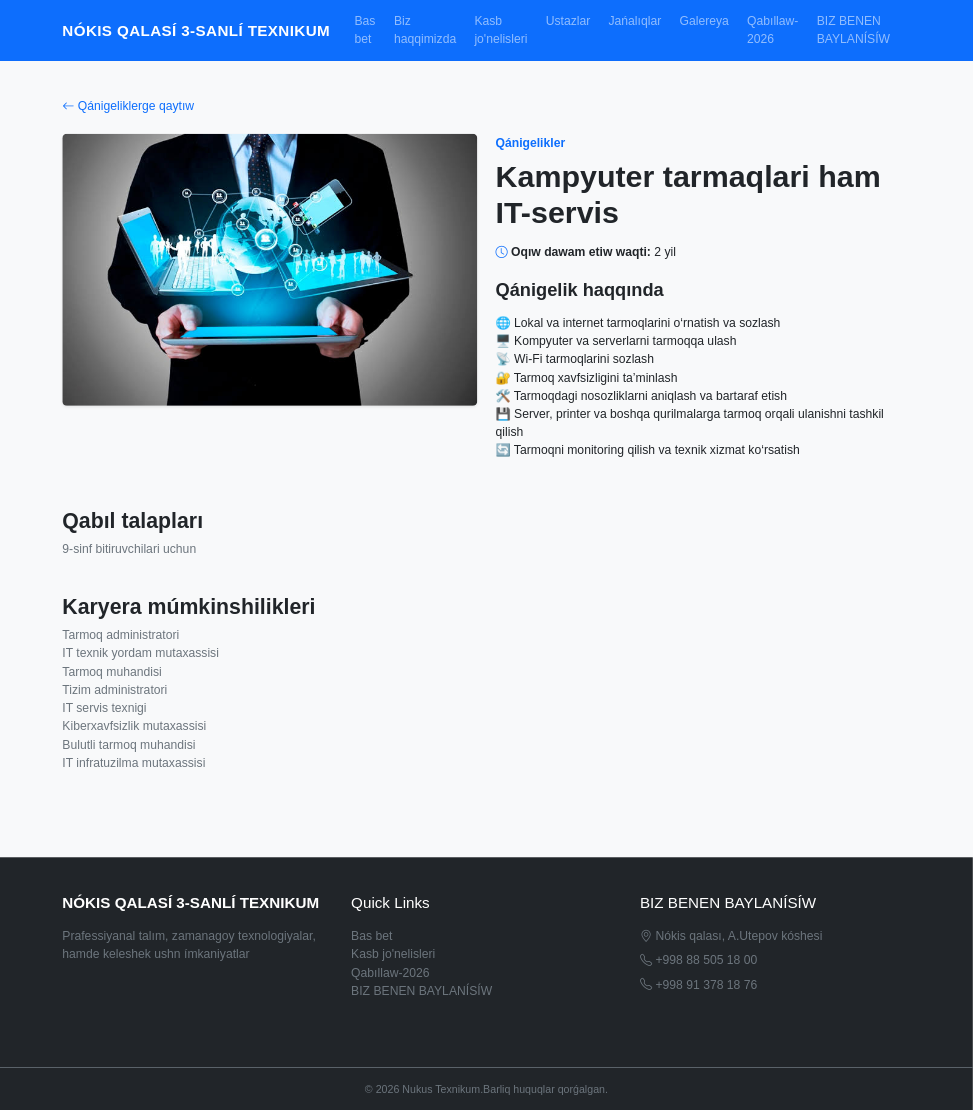
Repository: Neptunescorp/nukus_technicum
Page: http://localhost/specialties/1/
An editor plug-in stored every save of this project. The page is shown before and after the next save, followed by the edit.
The browser window is 1280 px wide. The pictures show the whole page, at 76% of full size.
The page is served by the project's application, run on Django 5.2 (manage.py). The page reads the database file committed with the project.

Above is the page before, as saved 2026-08-19 12:24:54.

After the next save:
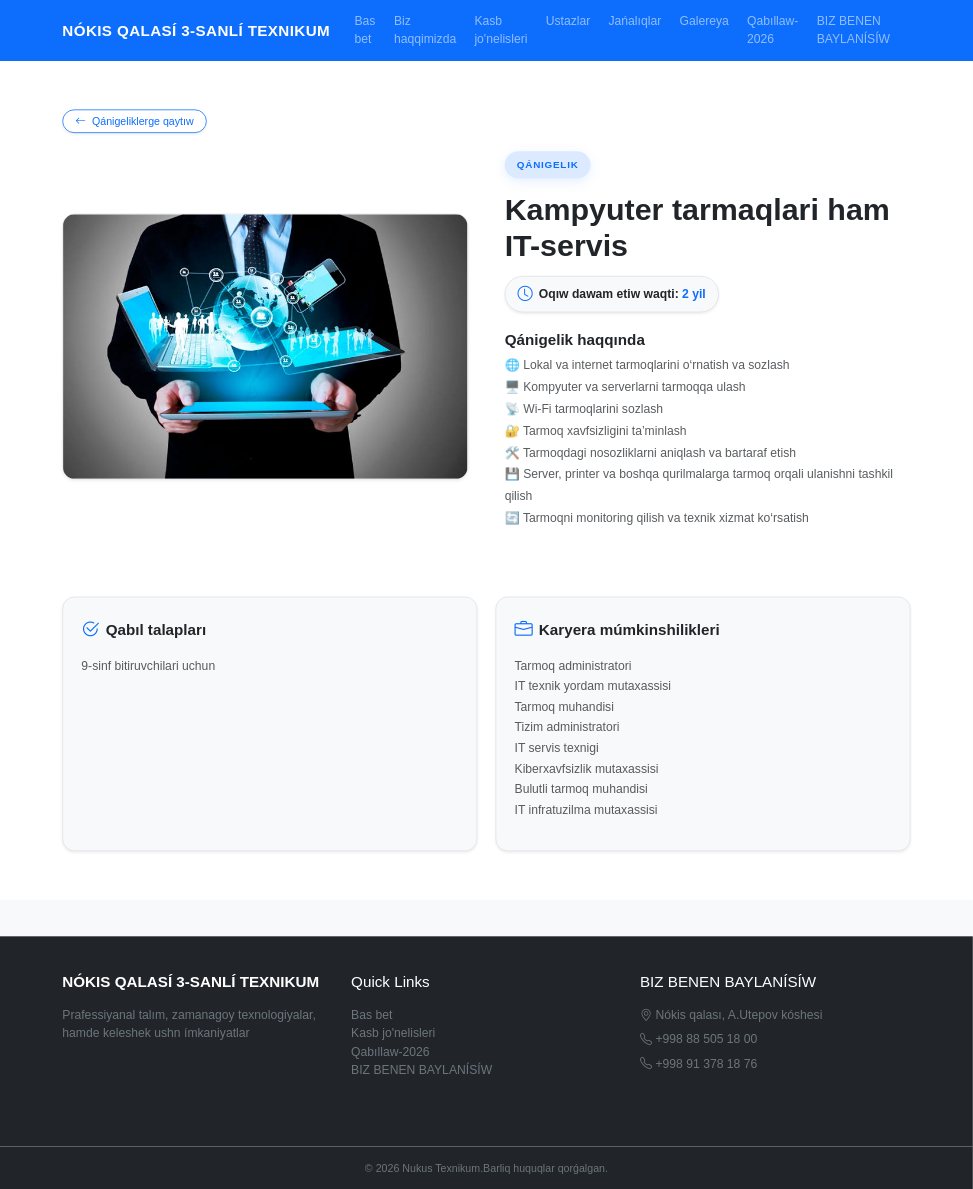
Saved 25 s later.
--- a/specialties/templates/specialties/detail.html
+++ b/specialties/templates/specialties/detail.html
@@ -6,90 +6,73 @@
 
 {% block content %}
 
-<section class="py-5">
+<section class="py-5 bg-white">
 
-    <div class="container">
+    <div class="container py-3">
 
-        <a
-            href="{% url 'specialty_list' %}"
-            class="text-decoration-none"
-        >
-            <i class="bi bi-arrow-left"></i>
-            Qánigeliklerge qaytıw
-        </a>
+        <!-- BACK BUTTON -->
+        <div class="mb-4">
+            <a
+                href="{% url 'specialty_list' %}"
+                class="btn btn-outline-primary btn-sm rounded-pill px-3 shadow-sm d-inline-flex align-items-center gap-2 text-decoration-none"
+            >
+                <i class="bi bi-arrow-left"></i>
+                <span>Qánigeliklerge qaytıw</span>
+            </a>
+        </div>
 
 
-        <div class="row mt-4">
+        <!-- MAIN GRID -->
+        <div class="row g-5 align-items-center">
 
+            <!-- IMAGE / PLACEHOLDER -->
             <div class="col-lg-6">
-
                 {% if specialty.image %}
-
-                <img
-                    src="{{ specialty.image.url }}"
-                    class="img-fluid rounded shadow-sm"
-                    alt="{{ specialty.name }}"
-                >
-
+                <div class="overflow-hidden rounded-4 shadow-sm border">
+                    <img
+                        src="{{ specialty.image.url }}"
+                        class="img-fluid w-100"
+                        alt="{{ specialty.name }}"
+                        style="max-height: 420px; object-fit: cover;"
+                    >
+                </div>
                 {% else %}
-
                 <div
-                    class="bg-light rounded d-flex align-items-center justify-content-center"
-                    style="height:400px;"
+                    class="bg-light rounded-4 border d-flex align-items-center justify-content-center shadow-sm"
+                    style="height: 380px;"
                 >
                     <i
                         class="bi bi-mortarboard text-primary"
-                        style="font-size:120px;"
+                        style="font-size: 100px;"
                     ></i>
                 </div>
-
                 {% endif %}
-
             </div>
 
 
-            <div class="col-lg-6 mt-4 mt-lg-0">
+            <!-- INFO & DETAILS -->
+            <div class="col-lg-6">
 
-                <span class="text-primary fw-semibold">
-                    Qánigelikler
+                <span class="hero-badge mb-2 d-inline-block">
+                    QÁNIGELIK
                 </span>
 
-                <h1 class="fw-bold mt-2">
+                <h1 class="fw-bold display-6 text-dark mt-2 mb-3">
                     {{ specialty.name }}
                 </h1>
 
-
                 {% if specialty.duration %}
-
-                <p class="mt-3">
-
-                    <i class="bi bi-clock text-primary"></i>
-
-                    <strong>
-                        Oqıw dawam etiw waqti:
-                    </strong>
-
-                    {{ specialty.duration }}
-
-                </p>
-
+                <div class="d-inline-flex align-items-center bg-light border px-3 py-2 rounded-pill text-dark fw-semibold mb-4 shadow-sm">
+                    <i class="bi bi-clock text-primary me-2 fs-5"></i>
+                    <span>Oqıw dawam etiw waqti: <span class="text-primary">{{ specialty.duration }}</span></span>
+                </div>
                 {% endif %}
 
-
                 {% if specialty.description %}
-
-                <div class="mt-4">
-
-                    <h4 class="fw-bold">
-                        Qánigelik haqqında
-                    </h4>
-
-                    <p class="text-secondary">
-                        {{ specialty.description|linebreaks }}
-                    </p>
-
+                <div class="specialty-description text-muted" style="line-height: 1.8;">
+                    <h5 class="fw-bold text-dark mb-2">Qánigelik haqqında</h5>
+                    {{ specialty.description|linebreaks }}
                 </div>
-
                 {% endif %}
 
             </div>
@@ -97,38 +80,39 @@
         </div>
 
 
-        {% if specialty.admission_requirements %}
+        <!-- REQUIREMENTS & CAREER SECTIONS -->
+        <div class="row g-4 mt-5">
 
-        <div class="mt-5">
+            {% if specialty.admission_requirements %}
+            <div class="col-lg-6">
+                <div class="p-4 bg-light border rounded-4 shadow-sm h-100">
+                    <div class="d-flex align-items-center gap-2 mb-3">
+                        <i class="bi bi-check2-circle text-primary fs-4"></i>
+                        <h3 class="fw-bold fs-5 text-dark mb-0">Qabıl talapları</h3>
+                    </div>
+                    <div class="text-muted" style="line-height: 1.7;">
+                        {{ specialty.admission_requirements|linebreaks }}
+                    </div>
+                </div>
+            </div>
+            {% endif %}
 
-            <h3 class="fw-bold">
-                Qabıl talapları
-            </h3>
 
-            <div class="text-secondary">
-                {{ specialty.admission_requirements|linebreaks }}
+            {% if specialty.career_opportunities %}
+            <div class="col-lg-6">
+                <div class="p-4 bg-light border rounded-4 shadow-sm h-100">
+                    <div class="d-flex align-items-center gap-2 mb-3">
+                        <i class="bi bi-briefcase text-primary fs-4"></i>
+                        <h3 class="fw-bold fs-5 text-dark mb-0">Karyera múmkinshilikleri</h3>
+                    </div>
+                    <div class="text-muted" style="line-height: 1.7;">
+                        {{ specialty.career_opportunities|linebreaks }}
+                    </div>
+                </div>
             </div>
+            {% endif %}
 
         </div>
-
-        {% endif %}
-
-
-        {% if specialty.career_opportunities %}
-
-        <div class="mt-5">
-
-            <h3 class="fw-bold">
-                Karyera múmkinshilikleri
-            </h3>
-
-            <div class="text-secondary">
-                {{ specialty.career_opportunities|linebreaks }}
-            </div>
-
-        </div>
-
-        {% endif %}
 
     </div>
 
